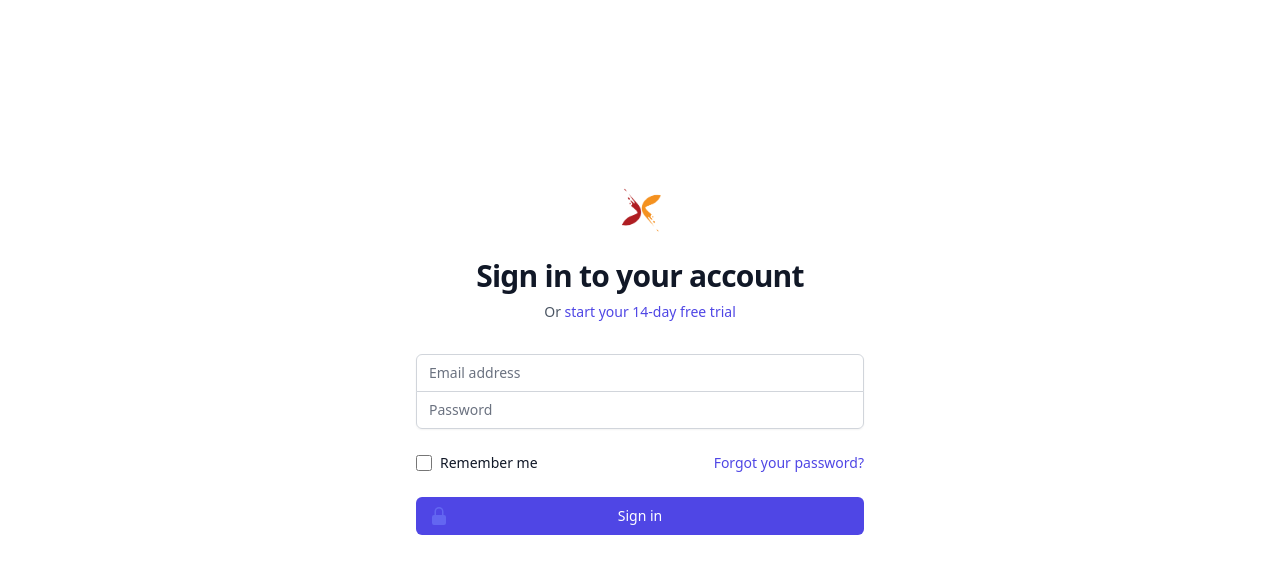
Repository: Curiosityxploring/raeven-site
Page: /login
These files come from the project's save history. The page is drawn as it stood at one moment and after the next save; the edit follows.
The browser window is 1280 px wide. The pictures show the whole page.
The project was rebuilt for these pictures with package versions that can differ from the ones it lists, and the page was loaded fresh each time. The framework's server and built-in components were replaced by stand-ins that run in the browser. Also part of the build but not shown: next.config.js.

Above is the page before, as saved 2023-01-12 15:20:10.

### pages/login.jsx
import React from 'react'
import { LockClosedIcon } from '@heroicons/react/20/solid'

export default function login() {
  return (
    <>
      {/*
        This example requires updating your template:

        ```
        <html class="h-full bg-gray-50">
        <body class="h-full">
        ```
      */}
      <div className="flex h-screen items-center justify-center py-12 px-4 sm:px-6 lg:px-8">
        <div className="w-full max-w-md space-y-8">
          <div>
            <img
              className="mx-auto h-12 w-auto"
              src="/images/curiositylogo.png"
              alt="Your Company"
            />
            <h2 className="mt-6 text-center text-3xl font-bold tracking-tight text-gray-900">
              Sign in to your account
            </h2>
            <p className="mt-2 text-center text-sm text-gray-600">
              Or{' '}
              <a href="#" className="font-medium text-indigo-600 hover:text-indigo-500">
                start your 14-day free trial
              </a>
            </p>
          </div>
          <form className="mt-8 space-y-6" action="#" method="POST">
            <input type="hidden" name="remember" defaultValue="true" />
            <div className="-space-y-px rounded-md shadow-sm">
              <div>
                <label htmlFor="email-address" className="sr-only">
                  Email address
                </label>
                <input
                  id="email-address"
                  name="email"
                  type="email"
                  autoComplete="email"
                  required
                  className="relative block w-full appearance-none rounded-none rounded-t-md border border-gray-300 px-3 py-2 text-gray-900 placeholder-gray-500 focus:z-10 focus:border-indigo-500 focus:outline-none focus:ring-indigo-500 sm:text-sm"
                  placeholder="Email address"
                />
              </div>
              <div>
                <label htmlFor="password" className="sr-only">
                  Password
                </label>
                <input
                  id="password"
                  name="password"
                  type="password"
                  autoComplete="current-password"
                  required
                  className="relative block w-full appearance-none rounded-none rounded-b-md border border-gray-300 px-3 py-2 text-gray-900 placeholder-gray-500 focus:z-10 focus:border-indigo-500 focus:outline-none focus:ring-indigo-500 sm:text-sm"
                  placeholder="Password"
                />
              </div>
            </div>

            <div className="flex items-center justify-between">
              <div className="flex items-center">
                <input
                  id="remember-me"
                  name="remember-me"
                  type="checkbox"
                  className="h-4 w-4 rounded border-gray-300 text-indigo-600 focus:ring-indigo-500"
                />
                <label htmlFor="remember-me" className="ml-2 block text-sm text-gray-900">
                  Remember me
                </label>
              </div>

              <div className="text-sm">
                <a href="#" className="font-medium text-indigo-600 hover:text-indigo-500">
                  Forgot your password?
                </a>
              </div>
            </div>

            <div>
              <button
                type="submit"
                className="group relative flex w-full justify-center rounded-md border border-transparent bg-indigo-600 py-2 px-4 text-sm font-medium text-white hover:bg-indigo-700 focus:outline-none focus:ring-2 focus:ring-indigo-500 focus:ring-offset-2"
              >
                <span className="absolute inset-y-0 left-0 flex items-center pl-3">
                  <LockClosedIcon className="h-5 w-5 text-indigo-500 group-hover:text-indigo-400" aria-hidden="true" />
                </span>
                Sign in
              </button>
            </div>
          </form>
        </div>
      </div>
    </>
  )

}

### styles/globals.css
@tailwind base;
@tailwind components;
@tailwind utilities;



/* :root {
  --max-width: 1100px;
  --border-radius: 12px;
  --font-mono: ui-monospace, Menlo, Monaco, 'Cascadia Mono', 'Segoe UI Mono',
    'Roboto Mono', 'Oxygen Mono', 'Ubuntu Monospace', 'Source Code Pro',
    'Fira Mono', 'Droid Sans Mono', 'Courier New', monospace;

  --foreground-rgb: 0, 0, 0;
  --background-start-rgb: 214, 219, 220;
  --background-end-rgb: 255, 255, 255;

  --primary-glow: conic-gradient(
    from 180deg at 50% 50%,
    #16abff33 0deg,
    #0885ff33 55deg,
    #54d6ff33 120deg,
    #0071ff33 160deg,
    transparent 360deg
  );
  --secondary-glow: radial-gradient(
    rgba(255, 255, 255, 1),
    rgba(255, 255, 255, 0)
  );

  --tile-start-rgb: 239, 245, 249;
  --tile-end-rgb: 228, 232, 233;
  --tile-border: conic-gradient(
    #00000080,
    #00000040,
    #00000030,
    #00000020,
    #00000010,
    #00000010,
    #00000080
  );

  --callout-rgb: 238, 240, 241;
  --callout-border-rgb: 172, 175, 176;
  --card-rgb: 180, 185, 188;
  --card-border-rgb: 131, 134, 135;
}

@media (prefers-color-scheme: dark) {
  :root {
    --foreground-rgb: 255, 255, 255;
    --background-start-rgb: 0, 0, 0;
    --background-end-rgb: 0, 0, 0;

    --primary-glow: radial-gradient(rgba(1, 65, 255, 0.4), rgba(1, 65, 255, 0));
    --secondary-glow: linear-gradient(
      to bottom right,
      rgba(1, 65, 255, 0),
      rgba(1, 65, 255, 0),
      rgba(1, 65, 255, 0.3)
    );

    --tile-start-rgb: 2, 13, 46;
    --tile-end-rgb: 2, 5, 19;
    --tile-border: conic-gradient(
      #ffffff80,
      #ffffff40,
      #ffffff30,
      #ffffff20,
      #ffffff10,
      #ffffff10,
      #ffffff80
    );

    --callout-rgb: 20, 20, 20;
    --callout-border-rgb: 108, 108, 108;
    --card-rgb: 100, 100, 100;
    --card-border-rgb: 200, 200, 200;
  }
}

* {
  box-sizing: border-box;
  padding: 0;
  margin: 0;
}

html,
body {
  max-width: 100vw;
  overflow-x: hidden;
}

body {
  color: rgb(var(--foreground-rgb));
  background: linear-gradient(
      to bottom,
      transparent,
      rgb(var(--background-end-rgb))
    )
    rgb(var(--background-start-rgb));
}

a {
  color: inherit;
  text-decoration: none;
}

@media (prefers-color-scheme: dark) {
  html {
    color-scheme: dark;
  }
} */

Loaded but not shown: pages/_app.js (common file); pages/_document.js (common file); tailwind.config.js (common file)

After the next save:
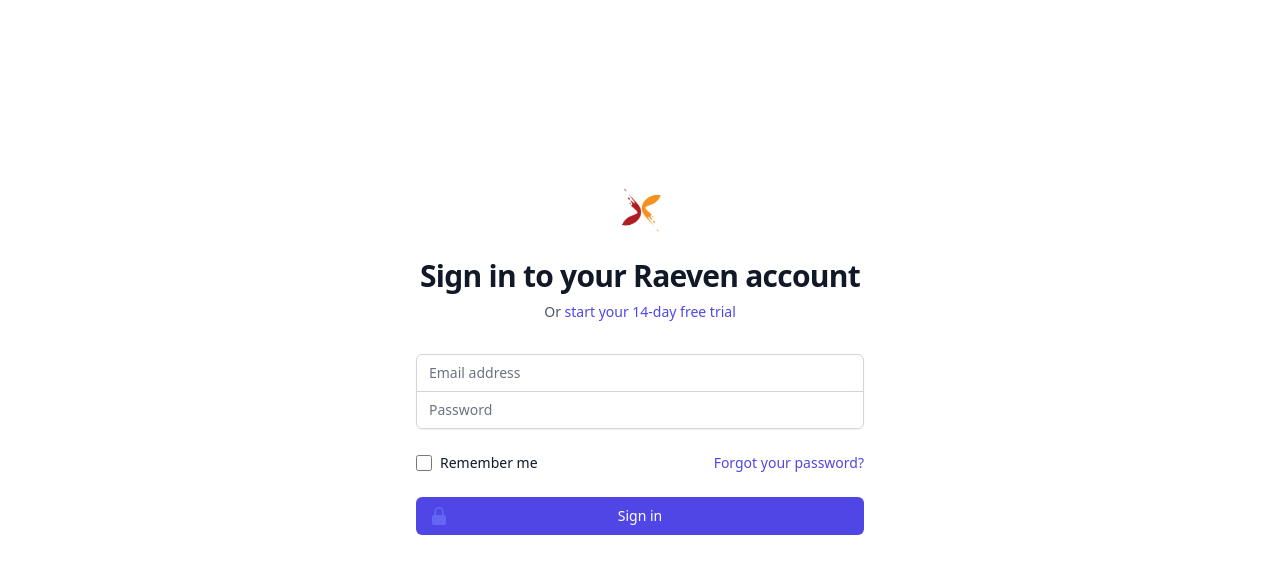
Saved 14 s later.
--- a/pages/login.jsx
+++ b/pages/login.jsx
@@ -21,7 +21,7 @@
               alt="Your Company"
             />
             <h2 className="mt-6 text-center text-3xl font-bold tracking-tight text-gray-900">
-              Sign in to your account
+              Sign in to your Raeven account
             </h2>
             <p className="mt-2 text-center text-sm text-gray-600">
               Or{' '}
